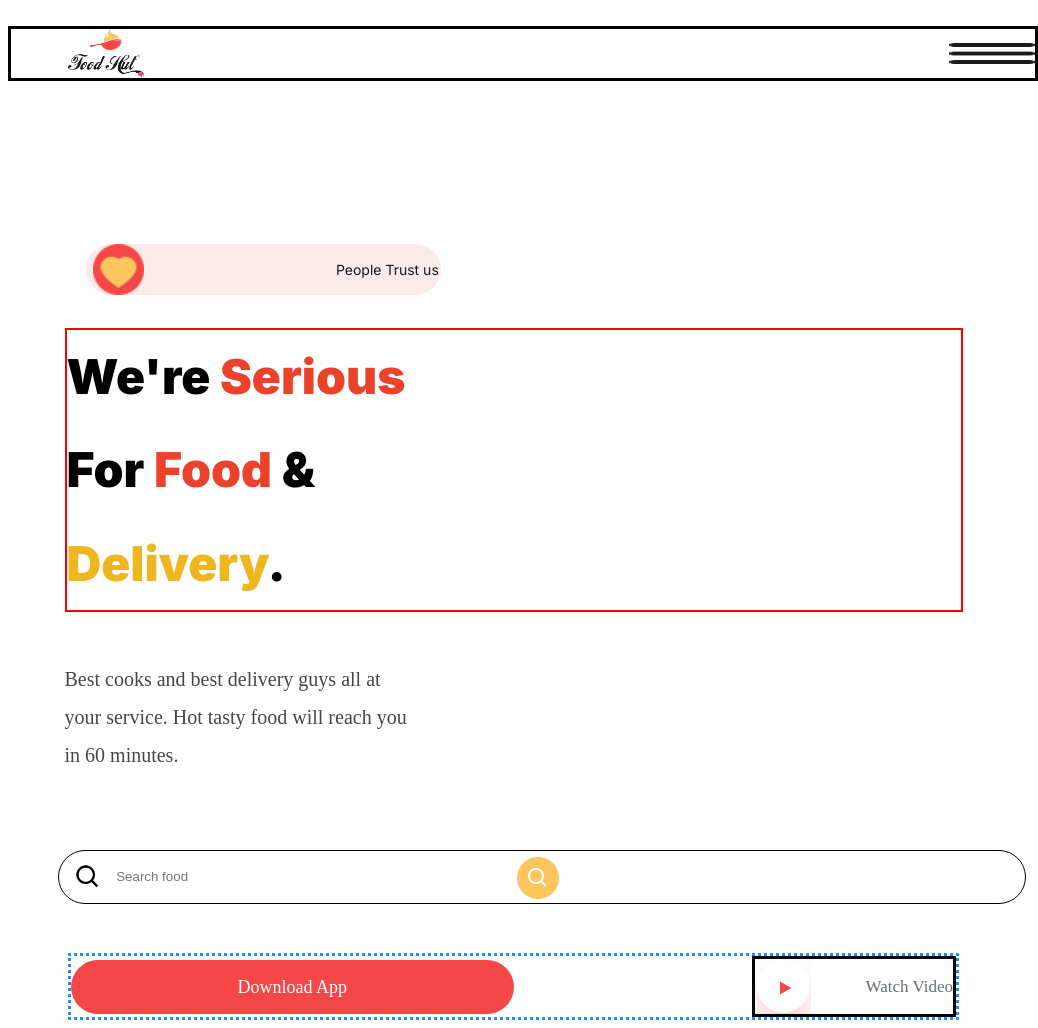
Repository: ReyhanehRahmani/Food-Hut
Page: FoodHut.html
These files come from the project's save history. The page is drawn as it stood at one moment and after a run of saves; the edit follows.
The browser window is 1024 px wide. The page is 1038 px wide, so the pictures cover 1038 px, including what lies to the right of the window. The pictures show the whole page.
Some web fonts or font styles are not loaded; a fallback is used.

Above is the page before, as saved 2025-05-29 00:06:38.

### FoodHut.html
<!DOCTYPE html>

<html lang="en">

    <head>

    <meta name="viewport" content="width=device-width, initial-scale=1.0" />

        <title>Food Hut</title>

        <link rel="icon" type="image/jpg" href="favicon.png">

        <link rel="preconnect" href="https://fonts.googleapis.com">

        <link rel="stylesheet" href="FoodHut.css">

        <link rel="preconnect" href="https://fonts.googleapis.com">

        <link rel="preconnect" href="https://fonts.gstatic.com" crossorigin>

        <link href="https://fonts.googleapis.com/css2?family=Inter:ital,opsz,wght@0,14..32,100..900;1,14..32,100..900&display=swap" rel="stylesheet">

        <link rel="preconnect" href="https://fonts.googleapis.com">

        <link rel="preconnect" href="https://fonts.gstatic.com" crossorigin>

        <link href="https://fonts.googleapis.com/css2?family=Sofia+Sans:ital,wght@0,1..1000;1,1..1000&display=swap" rel="stylesheet">

    </head>

    <body>

        <div class="headh">
            <img src="favicon.png" alt="Food Hut logo" class="FoodHutLogo">

            <div class="navlaptop">
                    <p class="mm">Today special offers</p>
                    <p class="mm">Why FoodHut</p>
                    <p class="mm">Our Menu</p>
                    <p class="mm">Our Popular food</p>

            </div>
            <div class="downloadbt"><p>Download App</p></div>
            <img src="slider.png" id="slider">
        </div>



        <div class="maincontainer">
            <div class="container1">

                <div id="HeartBox">
                    <img id="Heart" src="ghalb.png" style="margin-left: 3px;" >
                    <p id="trust">People Trust us</p>
                </div>

                <p id="BigBox1">
                    We're <spsn style="color: rgb(235, 66, 44);">Serious</spsn> <br> For <span style="color: rgb(235, 66, 44);">Food</span> & <br><span style="color: rgb(238, 183, 32);">Delivery</span>.
                </p>
                <p id="BigBox1laptop">
                    We're <spsn style="color: rgb(235, 66, 44);">Serious</spsn>  For <br><span style="color: rgb(235, 66, 44);">Food</span> & <span style="color: rgb(238, 183, 32);">Delivery</span>.
                </p>

                <p id="text1">
                    Best cooks and best delivery guys all at <br>your service. Hot tasty food will reach you<br>in 60 minutes.
                </p>
                <p id="text1laptop">
                    Best cooks and best delivery guys all at your <br>service. Hot tasty food will reach you in 60<br>minutes.
                </p>
                <div class="searchbox">
                    <img src="zarebin2.png" id="zarebin2">
                    <input class="inin" type="text" minlength="3" maxlength="30" placeholder="Search food"></input>
                    <button class="butbut"><img src="zarebin.png" id="zarebin"></button>
                </div>


                <div id="PlayBox">
                    <div id="download"><p>Download App</p></div>
                    <div id="bori1">
                    <img src="playb.png" id="PlayButton">
                    <p id="Watch">Watch Video</p>
                    </div>
                </div>

            </div>
            <img src="pic1.png" id="pic1laptop">

        </div>






    </body>

</html>

### FoodHut.css
/*font family - font size - align items like heart*/

@media screen and (max-width: 1279px){



body {
    font-family: "Inter", sans-serif;

}

.headh{
    border: solid;
    display: flex;
    justify-content: space-between;
    width: 100vw;
    height: 6.739130435vh;
    align-items: center;
    margin-top: 2.608695652%;
}


.FoodHutLogo{
    margin-left: 5.607476636%;
    height: 100%;
}

#slider{
    width: 8.411214953%;
    height: 43.548387097%;
}

/*#NavbarSlider{
    margin-top: 41px;
    margin-right: 5.6vw;
    float: right;
    position: fixed;
    border: 2px solid red;
}

.slider{
    width: 36px;
    height: 5px;
    border-radius: 17px;
    display: flex;
    justify-content: space-between;
    flex-direction: column;
    gap: 6px;
    background: rgba(25, 25, 25, 1);
    margin-right: 24px;

}*/



#HeartBox{
    display: flex;
    justify-content: space-between;
    gap: 1.438848921%;
    width: 35.226415094%;
    height: 4.261796043%;
    align-items: center;
    border-radius: 100px;
    white-space: nowrap;
    background-color: #fce9e9;
    margin-top: 16.228070175%;
    margin-left: 7.710280374%;
}

#trust{
    font-weight: 400;
    font-size: 0.875rem;
    line-height: 100%;
    letter-spacing: 0%;
    /*align-items: center;
    justify-content: center;*/
    color: rgba(25, 25, 25, 1);
    margin-right: 2px;

}

#Heart{
    position: static;
    width: 14.288489209%;
    height: 71.428571429%;
    padding-left: 1.168224299%;
    align-self: center;
}

#BigBox1{
    width: 88.785046729%;
    height: 21.058315335%;
    align-content: center;
    margin-top: 3.225806452%;
    margin-left: 5.607476636%;
    border: 2px solid red;
    font-weight: 900;
    font-size: 3rem;
    line-height: 195%;
    letter-spacing: 0%;
    font-family: "Inter";
}

/*#Box1Paragragh{
    font-weight: 900;
    font-size: 48px;
    line-height: 195%;
    letter-spacing: 0%;
}*/

#text1{
    width: 88.551401869%;
    height: 8.804347826%;
    margin-top: 4.347826087%;
    margin-left: 5.607476636%;
    opacity: 0.8;
    font-family: "Sofia Sans";
    font-weight: 400;
    font-size: 1.25rem;
    line-height: 190%;
    letter-spacing: -1%;
    color: #191919;
    white-space: nowrap;

}

#text1laptop{
    display: none;
}

.searchbox{
    border: solid;
    display: flex;
    border-width: 0.5px;
    border-radius: 100px;
    align-items: center;
    height: 8.709677419%;
    margin-top: 4.35483871;
    width: 95.785046729%;
    margin-left: 4.979253112%;
    margin-top: 7.476635514%;

}

.searchbox .inin{
    border: 0px;
    margin-left: 12px;

}

.searchbox .butbut{
    border: 0px;
    background-color: rgba(127, 255, 212, 0);
    margin-left: 22.324840764%;
}

#zarebin{
    height: 42px;
    padding-top: 5px;

}

#zarebin2{
    width: 28px;
    height: 28px;
    margin-left: 15px;

}

#PlayBox{
    display: flex;
    height: 5.652173913%;
    margin-top: 4.838709677%;
    justify-content: space-between;
    gap: 8.244680851%;
    align-items: center;
    border: dodgerblue, dotted;
    width: 87.85046729%;
    margin-left: 5.907476636%;

}

#download{
    width: 50.085106383%;
    height: 86.538461538%;
    border-radius: 100px;
    background-color: #F54748;
    font-family: "Sofia Sans";
    text-align: center;
    margin-top: 1px;
    color: #FFFFFF;
    font-weight: 400;
    font-size: 18px;
    line-height: 100%;
    letter-spacing: 0px;
    text-transform: capitalize;

}

#bori1{
    display: flex;
    margin-left: 8.244680851%;
    height: 100%;
    justify-content: space-between;
    gap: 11.475409836%;
    border: solid;
    align-items: center;
}

#Watch{
    font-family: "Sofia Sans";
    font-weight: 300;
    font-size: 17px;
    line-height: 100%;
    letter-spacing: 0%;
    color: #686D77;
    white-space: nowrap;

}

#PlayButton{
    height: 100%;
    width: 28.415300546%;

}

.navlaptop{
    display: none;
}

.downloadbt{
    display: none;
}

#BigBox1laptop{
    display: none;
}

#pic1laptop{
    display: none;
}

}


@media screen and (min-width: 1280px){

body{
    position: relative;
}

.headh{
    display: flex;
    position: relative;
    align-items: center;
    margin-top: 2.46343341%;
}

.headh .FoodHutLogo{
    width: 8.402777778%;
    height: 6.004618938%;
    margin-left: 5.46875%;

}

.navlaptop {
    display: flex;
    gap: 7.575757576%;
    align-items: center;
    margin-left: 20.75%;

}

.navlaptop .mm{
    font-family: "Sofia Sans";
    font-weight: 400;
    font-size: 1.125rem;
    line-height: 100%;
    letter-spacing: 0px;
    text-transform: capitalize;
    color: #191919;
    white-space: nowrap;
}

.downloadbt{
    position: absolute;
    width: 11.25%;
    line-height: 100%;
    height: 57.692307692%;
    border-radius: 100px;
    background-color: #F54748;
    font-family: "Sofia Sans";
    text-align: center;
    margin-top: 1px;
    color: #FFFFFF;
    font-weight: 400;
    font-size: 18px;
    letter-spacing: 0px;
    text-transform: capitalize;
    margin-left: 84.513888889%;


}

.maincontainer{
    display: flex;
    justify-content: space-between;


}

.container1{
    margin-left: 4.861111111%;
    display: block;
    align-content: center;

}

#HeartBox{
    display: flex;
    justify-content: space-between;
    width: 28.226415094%;
    height: 4.261796043%;
    align-items: center;
    border-radius: 100px;
    white-space: nowrap;
    background-color: #fce9e9;
}

#trust{
    margin-right: 2px;
}

#BigBox1laptop{
    font-family: "Inter";
    font-weight: 900;
    font-size: 3.625rem;
    line-height: 100%;
    letter-spacing: 0%;
    margin-top: 3.04414003%;

}

#BigBox1{
    display: none;
}

#Heart{
    height: 20px;
    width: 20px;
}

#trust{
    font-family: Inter;
    font-weight: 400;
    font-size: 0.875rem;
    line-height: 100%;
    letter-spacing: 0%;

}

#text1{
    font-family: "Sofia Sans";
    font-weight: 400;
    font-size: 1.5rem;
    line-height: 100%;
    letter-spacing: -1%;
    opacity: 0.8;
    margin-top: 3.877419355%;
    color: #191919;

}


.searchbox{
    border: solid;
    display: flex;
    border-width: 0.5px;
    border-radius: 100px;
    align-items: center;
    height: 8.709677419%;
    margin-top: 4.35483871;

}

.searchbox .inin{
    border: 0px;
    margin-left: 12px;

}

.searchbox .butbut{
    border: 0px;
    background-color: rgba(127, 255, 212, 0);
    margin-left: 41.324840764%;
}

#zarebin{
    height: 42px;
    padding-top: 5px;

}

#zarebin2{
    width: 28px;
    height: 28px;
    margin-left: 15px;

}

#pic1laptop{
    width: 47.847222222%;
    height: auto;
}

#PlayBox{
    display: flex;
    height: 8.387096774%;
    margin-top: 4.838709677%;
    align-items: center;
}

#download{
    width: 33.085106383%;
    height: 86.538461538%;
    border-radius: 100px;
    background-color: #F54748;
    font-family: "Sofia Sans";
    text-align: center;
    margin-top: 1px;
    color: #FFFFFF;
    font-weight: 400;
    font-size: 18px;
    line-height: 100%;
    letter-spacing: 0px;
    text-transform: capitalize;


}

#bori1{
    display: flex;
    margin-left: 8.244680851%;
    height: 100%;
    justify-content: space-between;
    gap: 11.475409836%;
}

#Watch{
    font-family: "Sofia Sans";
    font-weight: 300;
    font-size: 17px;
    line-height: 100%;
    letter-spacing: 0%;
    color: #686D77;
    white-space: nowrap;

}

#PlayButton{
    height: 100%;
}
}

After the next 2 saves:
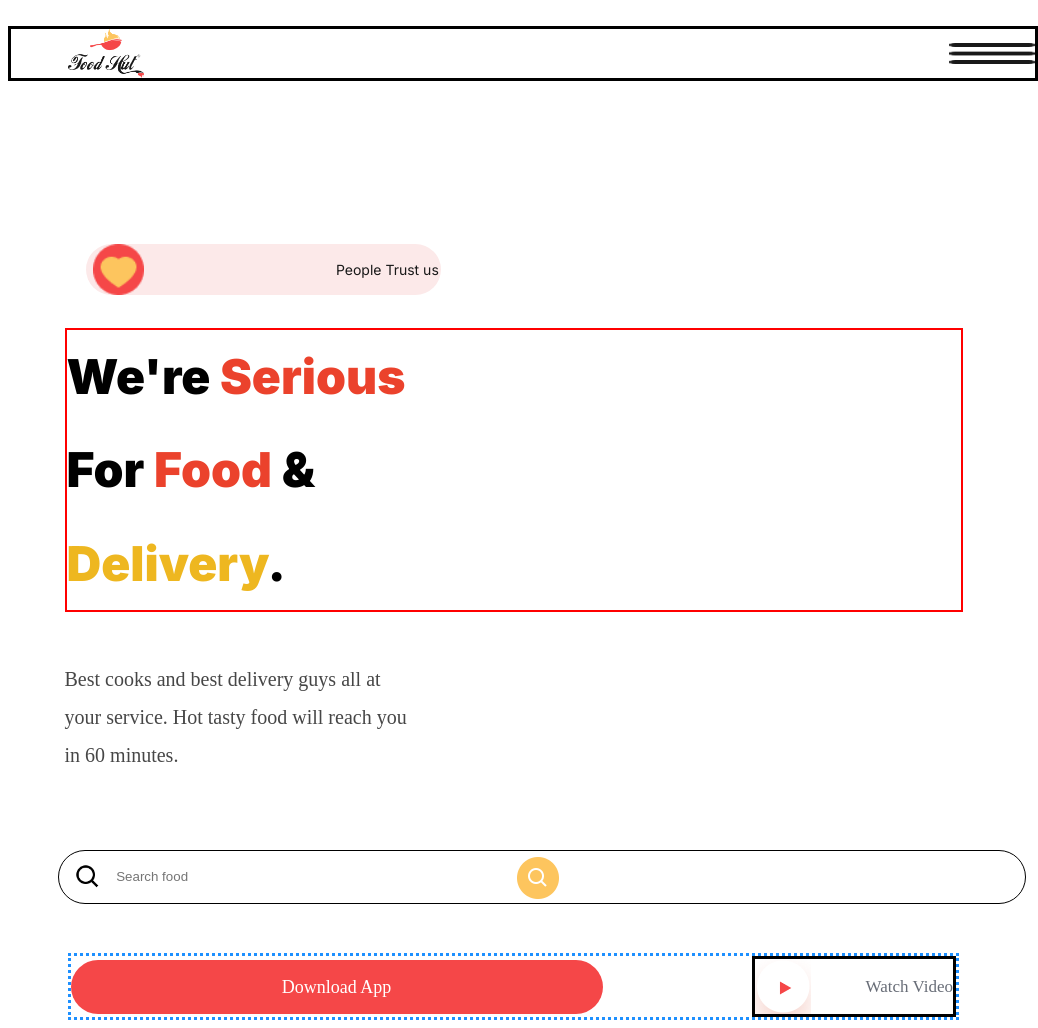
The 2 saves are shown as one change because they came seconds apart.
The last was saved 18 s later.
--- a/FoodHut.css
+++ b/FoodHut.css
@@ -181,8 +181,8 @@ body {
 }
 
 #download{
-    width: 50.085106383%;
-    height: 86.538461538%;
+    width: 60.085106383%;
+    height: 80.538461538%;
     border-radius: 100px;
     background-color: #F54748;
     font-family: "Sofia Sans";
